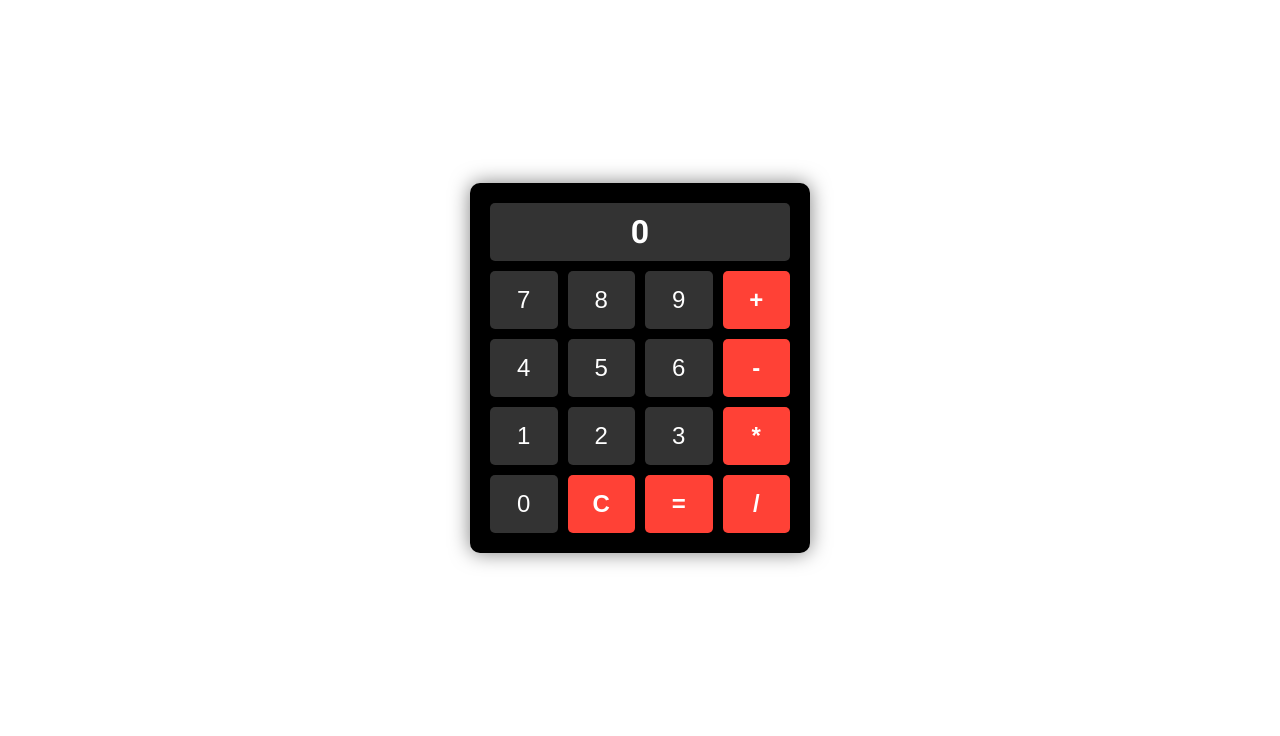
Repository: Barnabasbag/New-folder--2-
Page: in1.html
These files come from the project's save history. The page is drawn as it stood at one moment and after the next save; the edit follows.
The browser window is 1280 px wide. The pictures show the whole page.

Above is the page before, as saved 2024-06-27 02:07:46.
Not found: background-image.jpg

### in1.html
<!DOCTYPE html>
<html lang="en">
<head>
  <meta charset="UTF-8">
  <meta name="viewport" content="width=device-width, initial-scale=1.0">
  <title>Bagh Calculator</title>
  <link rel="stylesheet" href="styles.css">
  <link rel="stylesheet" href="https://fonts.googleapis.com/css2?family=Roboto:wght@700&display=swap">
</head>
<body>
  <div class="calculator">
    <div class="display" id="display">0</div>
    <div class="buttons">
      <button class="button number" onclick="addToDisplay('7')">7</button>
      <button class="button number" onclick="addToDisplay('8')">8</button>
      <button class="button number" onclick="addToDisplay('9')">9</button>
      <button class="button operator red" onclick="setOperator('+')">+</button>
      <button class="button number" onclick="addToDisplay('4')">4</button>
      <button class="button number" onclick="addToDisplay('5')">5</button>
      <button class="button number" onclick="addToDisplay('6')">6</button>
      <button class="button operator red" onclick="setOperator('-')">-</button>
      <button class="button number" onclick="addToDisplay('1')">1</button>
      <button class="button number" onclick="addToDisplay('2')">2</button>
      <button class="button number" onclick="addToDisplay('3')">3</button>
      <button class="button operator red" onclick="setOperator('*')">*</button>
      <button class="button number" onclick="addToDisplay('0')">0</button>
      <button class="button operator red" onclick="clearDisplay()">C</button>
      <button class="button operator red" onclick="calculate()">=</button>
      <button class="button operator red" onclick="setOperator('/')">/</button>
    </div>
  </div>
  <script src="scripts.js"></script>
</body>
</html>

### styles.css
body {
    display: flex;
    justify-content: center;
    align-items: center;
    height: 100vh;
    background-image: url('background-image.jpg');
    background-size: cover;
    font-family: 'Roboto', sans-serif;
  }

  .calculator {
    background-color: #000;
    border-radius: 10px;
    padding: 20px;
    box-shadow: 0 0 20px rgba(0, 0, 0, 0.5);
    width: 300px;
    text-align: center;
  }

  .display {
    background-color: #333;
    color: #fff;
    font-size: 2em;
    padding: 10px;
    margin-bottom: 10px;
    border-radius: 5px;
  }

  .buttons {
    display: grid;
    grid-template-columns: repeat(4, 1fr);
    grid-gap: 10px;
  }

  .button {
    padding: 15px;
    font-size: 1.5em;
    background-color: #333;
    color: #fff;
    border: none;
    border-radius: 5px;
    cursor: pointer;
    transition: background-color 0.3s ease;
  }

  .button:hover {
    background-color: #555;
  }

  .red {
    background-color: #ff4136;
  }

  .operator {
    font-weight: bold;
  }

### scripts.js
let displayValue = '0';
let operator = null;
let firstOperand = null;
let waitingForSecondOperand = false;

function addToDisplay(value) {
  if (displayValue === '0' || waitingForSecondOperand) {
    displayValue = value;
    waitingForSecondOperand = false;
  } else {
    displayValue += value;
  }
  updateDisplay();
}

function setOperator(op) {
  operator = op;
  firstOperand = parseFloat(displayValue);
  waitingForSecondOperand = true;
}

function calculate() {
  const secondOperand = parseFloat(displayValue);
  let result = 0;
  switch (operator) {
    case '+':
      result = firstOperand + secondOperand;
      break;
    case '-':
      result = firstOperand - secondOperand;
      break;
    case '*':
      result = firstOperand * secondOperand;
      break;
    case '/':
      result = firstOperand / secondOperand;
      break;
    default:
      return;
  }
  displayValue = result.toString();
  updateDisplay();
}

function clearDisplay() {
  displayValue = '0';
  operator = null;
  firstOperand = null;
  waitingForSecondOperand = false;
  updateDisplay();
}

function updateDisplay() {
  document.getElementById('display').innerText = displayValue;
}

After the next save:
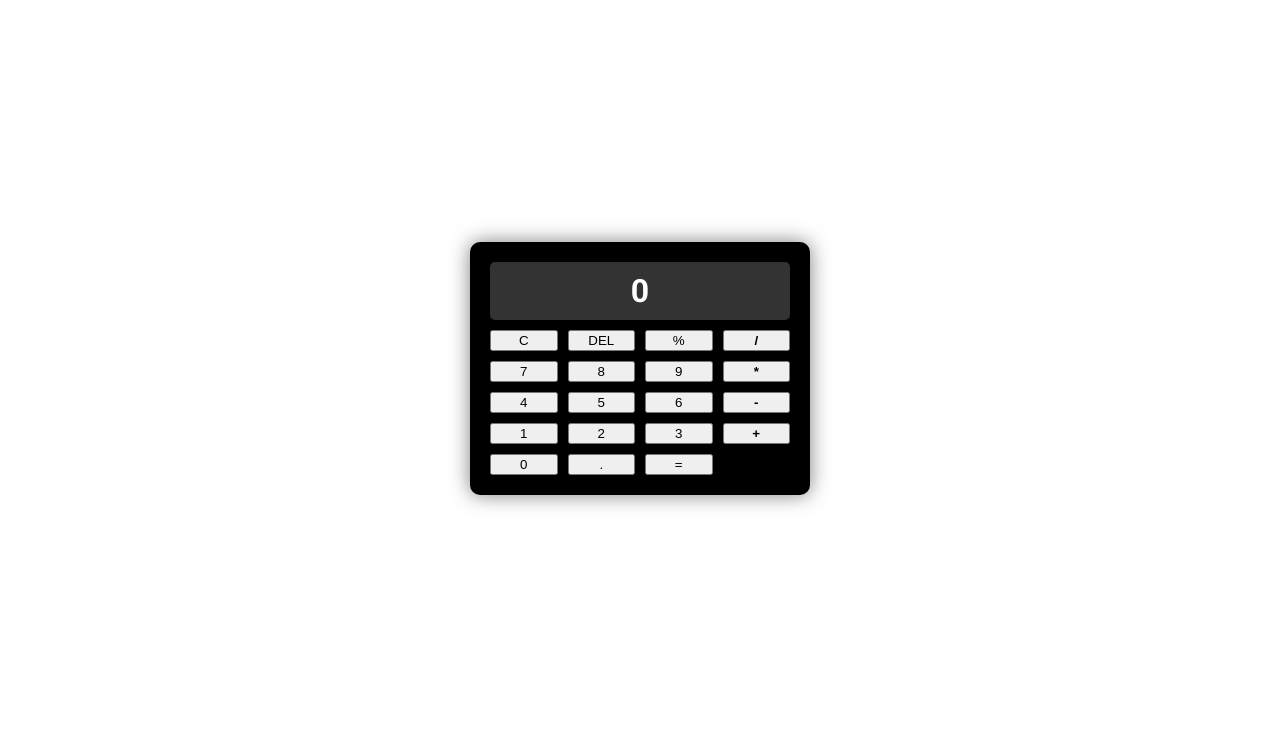
Not found: script.js
Saved 3 days later.
--- a/in1.html
+++ b/in1.html
@@ -1,34 +1,39 @@
 <!DOCTYPE html>
 <html lang="en">
 <head>
-  <meta charset="UTF-8">
-  <meta name="viewport" content="width=device-width, initial-scale=1.0">
-  <title>Bagh Calculator</title>
-  <link rel="stylesheet" href="styles.css">
-  <link rel="stylesheet" href="https://fonts.googleapis.com/css2?family=Roboto:wght@700&display=swap">
+    <meta charset="UTF-8">
+    <meta name="viewport" content="width=device-width, initial-scale=1.0">
+    <title>Bagh Calculator</title>
+    <link href="https://fonts.googleapis.com/css2?family=Roboto:wght@700&display=swap" rel="stylesheet">
+    <link rel="stylesheet" href="styles.css">
 </head>
 <body>
-  <div class="calculator">
-    <div class="display" id="display">0</div>
-    <div class="buttons">
-      <button class="button number" onclick="addToDisplay('7')">7</button>
-      <button class="button number" onclick="addToDisplay('8')">8</button>
-      <button class="button number" onclick="addToDisplay('9')">9</button>
-      <button class="button operator red" onclick="setOperator('+')">+</button>
-      <button class="button number" onclick="addToDisplay('4')">4</button>
-      <button class="button number" onclick="addToDisplay('5')">5</button>
-      <button class="button number" onclick="addToDisplay('6')">6</button>
-      <button class="button operator red" onclick="setOperator('-')">-</button>
-      <button class="button number" onclick="addToDisplay('1')">1</button>
-      <button class="button number" onclick="addToDisplay('2')">2</button>
-      <button class="button number" onclick="addToDisplay('3')">3</button>
-      <button class="button operator red" onclick="setOperator('*')">*</button>
-      <button class="button number" onclick="addToDisplay('0')">0</button>
-      <button class="button operator red" onclick="clearDisplay()">C</button>
-      <button class="button operator red" onclick="calculate()">=</button>
-      <button class="button operator red" onclick="setOperator('/')">/</button>
+    <div class="calculator-container">
+        <div class="calculator">
+            <div class="display" id="display">0</div>
+            <div class="buttons">
+                <button class="btn" data-action="clear">C</button>
+                <button class="btn" data-action="delete">DEL</button>
+                <button class="btn" data-action="percent">%</button>
+                <button class="btn operator" data-action="divide">/</button>
+                <button class="btn" data-action="number">7</button>
+                <button class="btn" data-action="number">8</button>
+                <button class="btn" data-action="number">9</button>
+                <button class="btn operator" data-action="multiply">*</button>
+                <button class="btn" data-action="number">4</button>
+                <button class="btn" data-action="number">5</button>
+                <button class="btn" data-action="number">6</button>
+                <button class="btn operator" data-action="subtract">-</button>
+                <button class="btn" data-action="number">1</button>
+                <button class="btn" data-action="number">2</button>
+                <button class="btn" data-action="number">3</button>
+                <button class="btn operator" data-action="add">+</button>
+                <button class="btn" data-action="number">0</button>
+                <button class="btn" data-action="decimal">.</button>
+                <button class="btn equals" data-action="calculate">=</button>
+            </div>
+        </div>
     </div>
-  </div>
-  <script src="scripts.js"></script>
+    <script src="script.js"></script>
 </body>
 </html>
